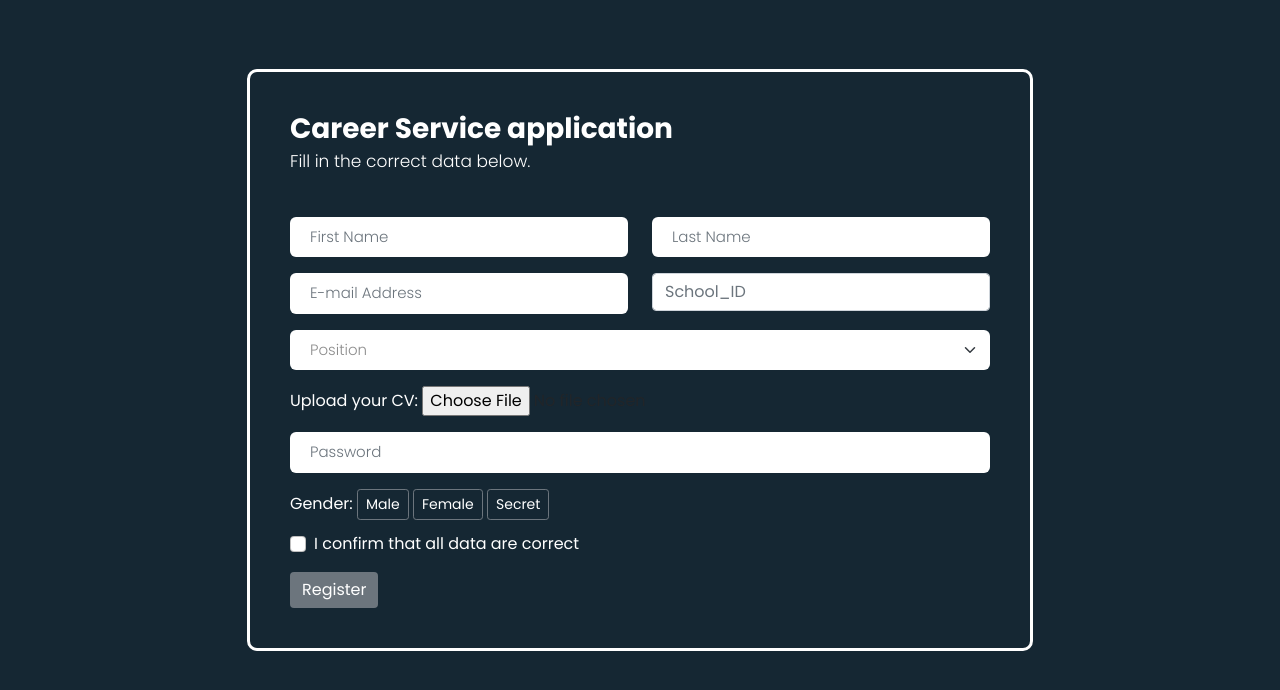
Repository: Samkiroko/form-assignment
Page: index.html
These files come from the project's save history. The page is drawn as it stood at one moment and after the next save; the edit follows.
The browser window is 1280 px wide. The pictures show the whole page.

Above is the page before, as saved 2022-12-03 18:43:02.

After the next save:
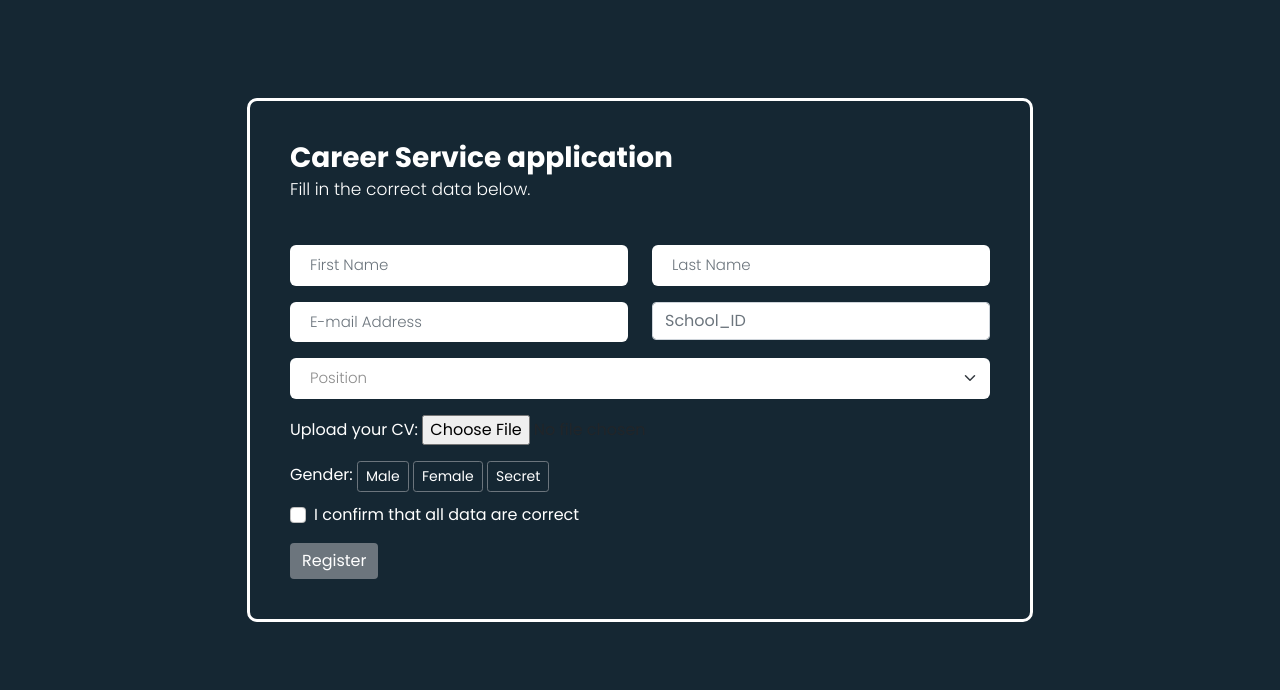
Saved 61 s later.
--- a/index.html
+++ b/index.html
@@ -55,15 +55,10 @@
                            </div>
 
 
-                           <div class="col-md-12">
-                             <div class="form-group mt-3">
+                                                <div class="form-group mt-3">
         <label class="mr-4">Upload your CV:</label>
         <input type="file" name="file">
       </div>
-                              <input class="form-control" type="password" name="password" placeholder="Password" required>
-                               <div class="valid-feedback">Password field is valid!</div>
-                               <div class="invalid-feedback">Password field cannot be blank!</div>
-                           </div>
 
 
                            <div class="col-md-12 mt-3">
